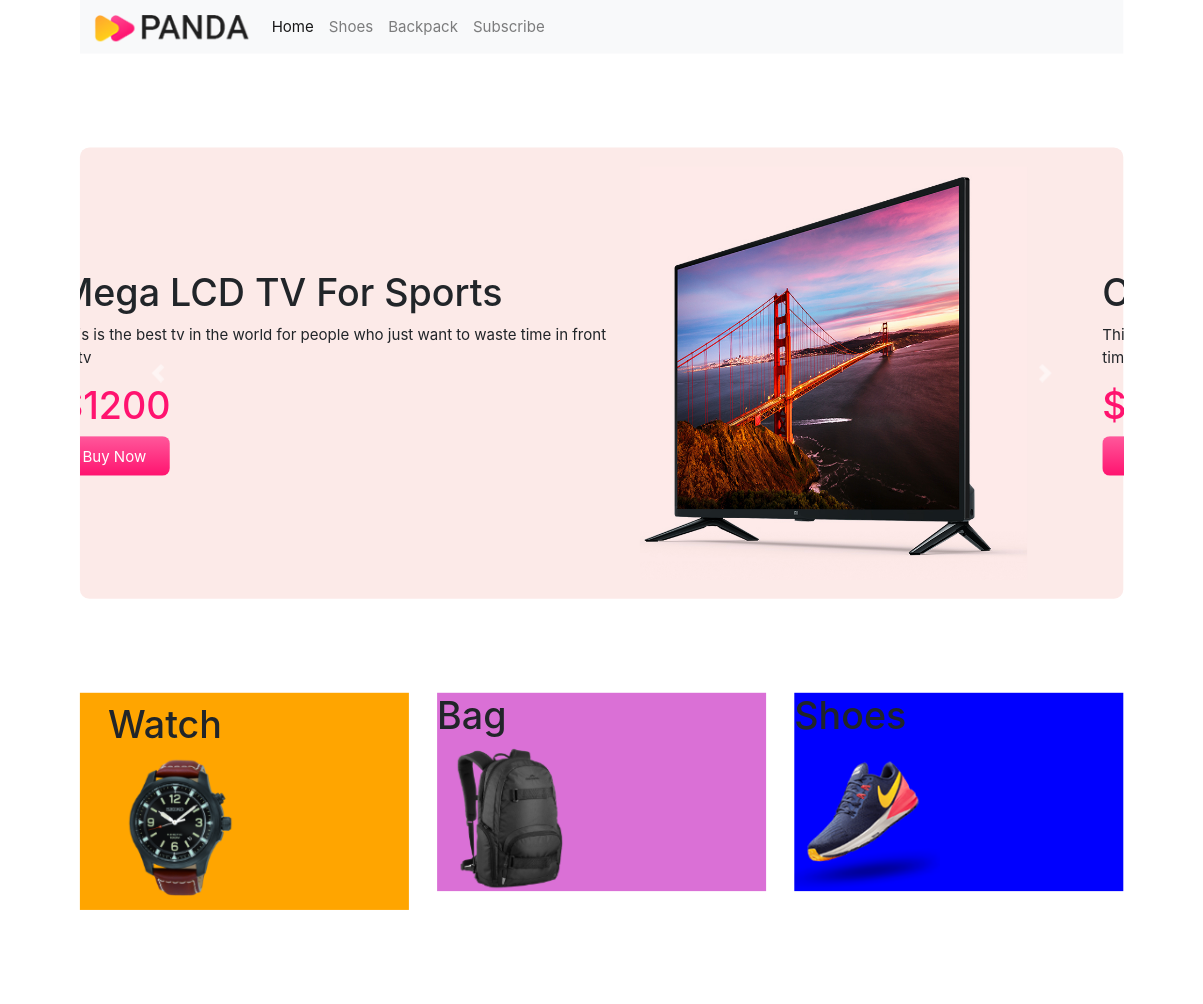
Repository: mohsinfarabi/panda-commerce
Page: index.html
An editor plug-in stored every save of this project. The page is shown before and after the next save, followed by the edit.
The browser window is 1280 px wide. The pictures show the whole page, at 94% of full size.

Above is the page before, as saved 2020-07-07 02:52:18.

### index.html
<!DOCTYPE html>
<html lang="en">

<head>
    <meta charset="UTF-8">
    <meta name="viewport" content="width=device-width, initial-scale=1.0">
    <title>Panda Commerce</title>
    <link rel="stylesheet" href="css/bootstrap/css/bootstrap.min.css">
    <link rel="stylesheet" href="style.css">
</head>

<body>
    <div class="container">
        <nav class="navbar navbar-expand-lg navbar-light bg-light">
            <a class="navbar-brand" href="#"><img src="images/logo.png" alt=""></a>
            <button class="navbar-toggler" type="button" data-toggle="collapse" data-target="#navbarNav" aria-controls="navbarNav" aria-expanded="false" aria-label="Toggle navigation">
              <span class="navbar-toggler-icon"></span>
            </button>
            <div class="collapse navbar-collapse" id="navbarNav">
                <ul class="navbar-nav">
                    <li class="nav-item active">
                        <a class="nav-link" href="#">Home <span class="sr-only">(current)</span></a>
                    </li>
                    <li class="nav-item">
                        <a class="nav-link" href="#shoes">Shoes</a>
                    </li>
                    <li class="nav-item">
                        <a class="nav-link" href="#backpack">Backpack</a>
                    </li>
                    <li class="nav-item">
                        <a class="nav-link" href="#subscribe">Subscribe</a>
                    </li>
                </ul>
            </div>
        </nav>
    </div>
    <div class="container">
        <div id="carouselExampleControls" class="carousel slide orange-bg" data-ride="carousel">
            <div class="carousel-inner">
                <div class="carousel-item active">
                    <div class="row align-items-center">
                        <div class="col-md-7">
                            <h1>Mega LCD TV For Sports</h1>
                            <p>This is the best tv in the world for people who just want to waste time in front of tv</p>
                            <h1 class="price">$1200</h1>
                            <button class="buy-now-button">Buy Now</button>
                        </div>
                        <div class="col-md-5">
                            <img src="images/banner-images/tv.png" class="d-block w-100" alt="...">
                        </div>
                    </div>
                </div>
                <div class="carousel-item">
                    <div class="row align-items-center">
                        <div class="col-md-7">
                            <h1>Cool Dude Headphone</h1>
                            <p>This is the best headdphone in the world for people who just want to waste time in front of funky world.</p>
                            <h1 class="price">$420</h1>
                            <button class="buy-now-button">Buy Now</button>
                        </div>
                        <div class="col-md-5">
                            <img src="images/banner-images/headphone.png" class="d-block w-100" alt="...">
                        </div>
                    </div>
                </div>
                <div class="carousel-item">
                    <div class="row align-items-center">
                        <div class="col-md-7">
                            <h1>Mega LCD TV For Sports</h1>
                            <p>This is the best x-box in the world for people who just want to waste time in front of fake sports.</p>
                            <h1 class="price">$600</h1>
                            <button class="buy-now-button">Buy Now</button>
                        </div>
                        <div class="col-md-5">
                            <img src="images/banner-images/xbox.png" class="d-block w-100" alt="...">
                        </div>
                    </div>
                </div>
            </div>
            <a class="carousel-control-prev" href="#carouselExampleControls" role="button" data-slide="prev">
                <span class="carousel-control-prev-icon" aria-hidden="true"></span>
                <span class="sr-only">Previous</span>
            </a>
            <a class="carousel-control-next" href="#carouselExampleControls" role="button" data-slide="next">
                <span class="carousel-control-next-icon" aria-hidden="true"></span>
                <span class="sr-only">Next</span>
            </a>
        </div>
    </div>

    <div class="container categories">
        <div class="row">
            <div class="col-md-4">
                <div class="cat1">
                    <h1>Watch</h1>
                    <img src="images/categories/watch.png" alt="">
                </div>
            </div>
            <div class="col-md-4">
                <div class="cat2">
                    <h1>Bag</h1>
                    <img src="images/categories/bag.png" alt="">
                </div>
            </div>
            <div class="col-md-4">
                <div class="cat3">
                    <h1>Shoes</h1>
                    <img src="images/categories/shoes.png" alt="">
                </div>
            </div>
        </div>
    </div>



    <script src="https://code.jquery.com/jquery-3.5.1.slim.min.js" integrity="sha384-DfXdz2htPH0lsSSs5nCTpuj/zy4C+OGpamoFVy38MVBnE+IbbVYUew+OrCXaRkfj" crossorigin="anonymous"></script>
    <script src="https://cdn.jsdelivr.net/npm/popper.js@1.16.0/dist/umd/popper.min.js" integrity="sha384-Q6E9RHvbIyZFJoft+2mJbHaEWldlvI9IOYy5n3zV9zzTtmI3UksdQRVvoxMfooAo" crossorigin="anonymous"></script>
    <script src="https://stackpath.bootstrapcdn.com/bootstrap/4.5.0/js/bootstrap.min.js" integrity="sha384-OgVRvuATP1z7JjHLkuOU7Xw704+h835Lr+6QL9UvYjZE3Ipu6Tp75j7Bh/kR0JKI" crossorigin="anonymous"></script>
</body>

</html>

### style.css
.container {
    margin-bottom: 100px;
}

.orange-bg {
    background-color: #fceae8;
    border-radius: 10px;
}

.carousel-item {
    padding: 20px 40px;
}

.price {
    color: #ff136f;
}

.buy-now-button {
    background-image: linear-gradient(to bottom, #FF589B 0%, #FF136F 100%);
    color: #fff;
    border: none;
    border-radius: 8px;
    padding: 9px 25px;
    cursor: pointer;
}

.cat1 {
    background-color: orange;
    padding: 10px 30px;
}

.cat2 {
    background-color: orchid;
}

.cat3 {
    background-color: blue;
}

Loaded but not shown: css/bootstrap/css/bootstrap.min.css (library)

After the next save:
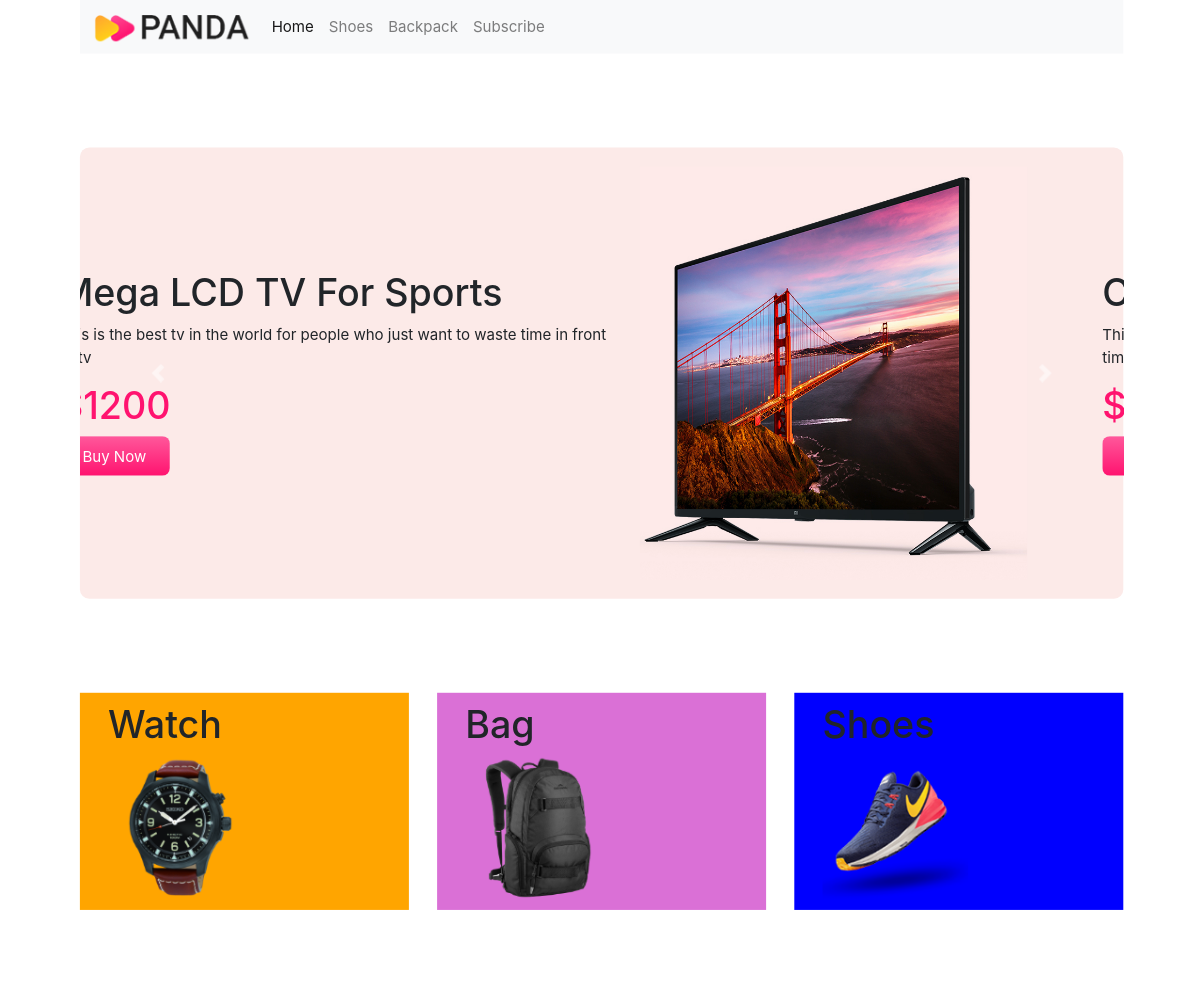
Saved 50 s later.
--- a/style.css
+++ b/style.css
@@ -24,9 +24,14 @@
     cursor: pointer;
 }
 
+.cat1,
+.cat2,
+.cat3 {
+    padding: 10px 30px;
+}
+
 .cat1 {
     background-color: orange;
-    padding: 10px 30px;
 }
 
 .cat2 {
